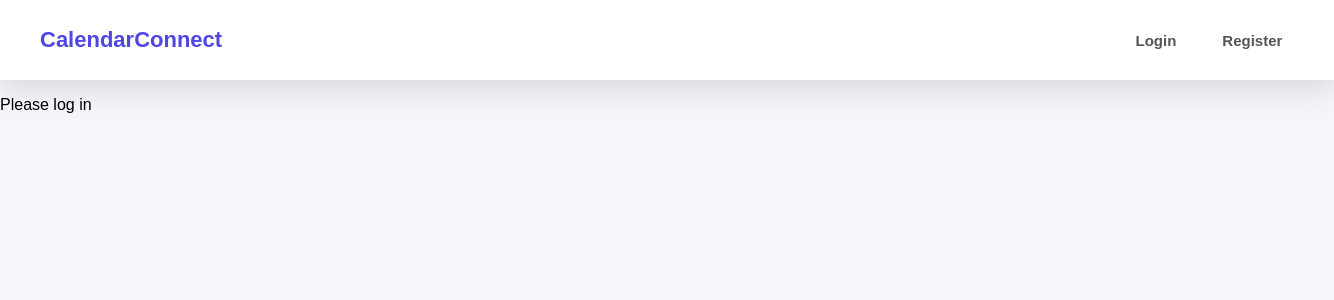
Repository: BMXracer44/CalendarConnect
Page: /calendar (app in frontend/)
These files come from the project's save history. The page is drawn as it stood at one moment and after the next save; the edit follows.
The browser window is 1280 px wide. The page is 1334 px wide, so the pictures cover 1334 px, including what lies to the right of the window. The pictures show the whole page.
The project was rebuilt for these pictures with package versions that can differ from the ones it lists, and the page was loaded fresh each time. Also part of the build but not shown: frontend/src/pages/Login.jsx, frontend/src/pages/Register.jsx, frontend/src/pages/Profile.jsx, frontend/src/pages/Friends.jsx.

Above is the page before, as saved 2026-05-01 14:30:46.

### frontend/src/index.js
import React from "react";
import ReactDOM from "react-dom/client";
import App from "./App";
import { AuthProvider } from "./context/AuthContext";
import { router } from "./router";
import { RouterProvider } from "react-router-dom";
import "./index.css";

ReactDOM.createRoot(document.getElementById("root")).render(
  <AuthProvider>
    <RouterProvider router={router} />
  </AuthProvider>
);

### frontend/src/router.jsx
import { createBrowserRouter } from "react-router-dom";
import App from "./App";
import Login from "./pages/Login";
import Register from "./pages/Register";
import Home from "./pages/Home";
import Profile from "./pages/Profile";
import Calendar from "./pages/Calendar";
import Friends from "./pages/Friends";

export const router = createBrowserRouter([
  {
    path: "/",
    element: <App />,
    children: [
      { index: true, element: <Login /> },
      { path: "register", element: <Register /> },
      { path: "calendar", element: <Calendar /> },
      { path: "profile", element: <Profile /> },
      { path: "friends", element: <Friends /> }
    ]
  }
]);

### frontend/src/components/Navbar.jsx
import { useContext, useEffect, useState } from "react";
import { AuthContext } from "../context/AuthContext";
import { Link, useNavigate } from "react-router-dom";

const Navbar = () => {
  const { user, logout } = useContext(AuthContext);
  const navigate = useNavigate();

  const [requests, setRequests] = useState([]);
  const [showRequests, setShowRequests] = useState(false);

  const handleLogout = () => {
    logout();
    navigate("/");
  };

  // ================= LOAD REQUESTS =================
  const loadRequests = async () => {
    try {
      const res = await fetch(
        `http://localhost:8080/api/friends/requests/${user.id}`
      );

      if (!res.ok) {
        console.error("Failed to load requests");
        return;
      }

      const data = await res.json();
      setRequests(Array.isArray(data) ? data : []);

    } catch (err) {
      console.error("Request fetch error:", err);
    }
  };

  // ================= AUTO REFRESH =================
  useEffect(() => {
    if (!user?.id) return;

    loadRequests();

    const interval = setInterval(loadRequests, 5000); // every 5 sec

    return () => clearInterval(interval);
  }, [user]);

  // ================= ACCEPT =================
  const acceptFriend = async (fromId) => {
    try {
      await fetch(
        `http://localhost:8080/api/friends/accept?from=${fromId}&to=${user.id}`,
        { method: "POST" }
      );

      loadRequests();

    } catch (err) {
      console.error("Accept failed:", err);
    }
  };

  return (
    <nav className="navbar">
      <div className="navbar-left">
        CalendarConnect
      </div>

      <div className="navbar-right">
        {!user ? (
          <>
            <Link to="/" className="nav-link">Login</Link>
            <Link to="/register" className="nav-link">Register</Link>
          </>
        ) : (
          <>
            {/* 🔔 NOTIFICATION BELL */}
            <div className="nav-bell">
              <button
                className="bell-button"
                onClick={() => setShowRequests(!showRequests)}
              >
                🔔 {requests.length > 0 && `(${requests.length})`}
              </button>

              {showRequests && (
                <div className="requests-dropdown">
                  <h4>Friend Requests</h4>

                  {requests.length === 0 && <p>No requests</p>}

                  {requests.map((r) => (
                    <div key={r.id} className="request-item">
                      <span>User ID: {r.requesterId}</span>

                      <button
                        onClick={() => acceptFriend(r.requesterId)}
                      >
                        Accept
                      </button>
                    </div>
                  ))}
                </div>
              )}
            </div>

            {/* USER PROFILE */}
            <Link to="/profile" className="nav-user">
              {user.username}
            </Link>

            {/* CALENDAR */}
            <Link to="/calendar" className="nav-link">
              Calendar
            </Link>

            {/* FRIENDS */}
            <Link to="/friends" className="nav-link">
              Friends
            </Link>

            {/* LOGOUT */}
            <button className="nav-button" onClick={handleLogout}>
              Logout
            </button>
          </>
        )}
      </div>
    </nav>
  );
};

export default Navbar;

### frontend/src/pages/Calendar.jsx
import { useState, useEffect, useContext } from "react";
import FullCalendar from "@fullcalendar/react";
import dayGridPlugin from "@fullcalendar/daygrid";
import timeGridPlugin from "@fullcalendar/timegrid";
import interactionPlugin from "@fullcalendar/interaction";
import bootstrap5Plugin from "@fullcalendar/bootstrap5";
import { AuthContext } from "../context/AuthContext";

function Calendar() {
  const { user } = useContext(AuthContext);

  const [events, setEvents] = useState([]);

  const [showModal, setShowModal] = useState(false);
  const [showViewModal, setShowViewModal] = useState(false);
  const [isEditing, setIsEditing] = useState(false);

  const [selectedEvent, setSelectedEvent] = useState(null);

  const [errorMessage, setErrorMessage] = useState("");

  const [editTitle, setEditTitle] = useState("");
  const [editDescription, setEditDescription] = useState("");
  const [editLocation, setEditLocation] = useState("");
  const [editStartDatetime, setEditStartDatetime] = useState("");
  const [editEndDatetime, setEditEndDatetime] = useState("");

  const [formData, setFormData] = useState({
    title: "",
    description: "",
    location: "",
    startDatetime: "",
    endDatetime: "",
    isPublic: true
  });

  // ================= AM/PM FORMAT =================
  const formatDateTime = (dateString) => {
    if (!dateString) return "";

    return new Date(dateString).toLocaleString("en-US", {
      year: "numeric",
      month: "short",
      day: "2-digit",
      hour: "2-digit",
      minute: "2-digit",
      hour12: true
    });
  };

  // ================= LOAD EVENTS =================
  const loadEvents = async () => {
    if (!user?.id) return;

    const res = await fetch(
      `http://localhost:8080/api/events/user/${user.id}`,
      {
        headers: { Authorization: `Bearer ${user.token}` }
      }
    );

    const data = await res.json();

    setEvents(
      data.map(e => ({
        id: e.id,
        title: e.isPublic ? e.title : `🔒 ${e.title}`,
        start: new Date(e.startDatetime),
        end: new Date(e.endDatetime),
        color: e.isPublic ? "#4f46e5" : "#6b7280",
        extendedProps: {
          description: e.description,
          location: e.location,
          isPublic: e.isPublic,
          userId: e.userId
        }
      }))
    );
  };

  useEffect(() => {
    if (user?.id) loadEvents();
  }, [user]);

  // ================= CREATE EVENT =================
  const createEvent = async (e) => {
    e.preventDefault();

    try {
      const res = await fetch(
        `http://localhost:8080/api/events?userId=${user.id}`,
        {
          method: "POST",
          headers: {
            "Content-Type": "application/json",
            Authorization: `Bearer ${user.token}`
          },
          body: JSON.stringify(formData)
        }
      );

      if (!res.ok) {
        const errorData = await res.json();
        setErrorMessage(errorData.error || "Event conflict detected");
        return;
      }

      setErrorMessage("");

      setFormData({
        title: "",
        description: "",
        location: "",
        startDatetime: "",
        endDatetime: "",
        isPublic: true
      });

      setShowModal(false);
      loadEvents();

    } catch (err) {
      setErrorMessage("Server error. Please try again.");
    }
  };

  // ================= EVENT CLICK =================
  const handleEventClick = (info) => {
    const e = info.event;

    const eventData = {
      id: e.id,
      title: e.title.replace("🔒 ", ""),
      description: e.extendedProps?.description,
      location: e.extendedProps?.location,
      startDatetime: e.startStr,
      endDatetime: e.endStr,
      isPublic: e.extendedProps?.isPublic,
      userId: e.extendedProps?.userId
    };

    setSelectedEvent(eventData);

    setEditTitle(eventData.title || "");
    setEditDescription(eventData.description || "");
    setEditLocation(eventData.location || "");
    setEditStartDatetime(eventData.startDatetime || "");
    setEditEndDatetime(eventData.endDatetime || "");

    setIsEditing(false);
    setShowViewModal(true);
  };

  // ================= UPDATE EVENT =================
  const updateEvent = async (e) => {
    e.preventDefault();

    try {
      const updated = {
        title: editTitle,
        description: editDescription,
        location: editLocation,
        startDatetime: editStartDatetime,
        endDatetime: editEndDatetime
      };

      const res = await fetch(
        `http://localhost:8080/api/events/${selectedEvent.id}`,
        {
          method: "PUT",
          headers: {
            "Content-Type": "application/json",
            Authorization: `Bearer ${user.token}`
          },
          body: JSON.stringify(updated)
        }
      );

      if (!res.ok) {
        const errorData = await res.json();
        setErrorMessage(errorData.error || "Update conflict detected");
        return;
      }

      setErrorMessage("");
      setIsEditing(false);
      setShowViewModal(false);
      loadEvents();

    } catch (err) {
      setErrorMessage("Server error. Please try again.");
    }
  };

  // ================= DELETE EVENT =================
  const deleteEvent = async () => {
    if (!selectedEvent?.id) return;

    try {
      const res = await fetch(
        `http://localhost:8080/api/events/${selectedEvent.id}`,
        {
          method: "DELETE",
          headers: {
            Authorization: `Bearer ${user.token}`
          }
        }
      );

      if (!res.ok) {
        const data = await res.json();
        setErrorMessage(data.error || "Delete failed");
        return;
      }

      setShowViewModal(false);
      setSelectedEvent(null);
      loadEvents();

    } catch (err) {
      setErrorMessage("Server error during delete");
    }
  };

  const closeModal = () => {
    setShowViewModal(false);
    setIsEditing(false);
    setSelectedEvent(null);
  };

  if (!user) return <p>Please log in</p>;

  return (
    <div style={{ padding: "20px" }}>

      {/* ERROR */}
      {errorMessage && (
        <div className="error-popup">
          <div className="error-box">
            <p>{errorMessage}</p>
            <button onClick={() => setErrorMessage("")}>Close</button>
          </div>
        </div>
      )}

      {/* HEADER */}
      <div style={{ display: "flex", justifyContent: "space-between" }}>
        <h1>My Calendar</h1>
        <button className="addevent" onClick={() => setShowModal(true)}>
          Add Event
        </button>
      </div>

      {/* CALENDAR */}
      <FullCalendar
        plugins={[
          dayGridPlugin,
          timeGridPlugin,
          interactionPlugin,
          bootstrap5Plugin
        ]}
        initialView="dayGridMonth"
        events={events}
        eventClick={handleEventClick}
      />

      {/* ADD EVENT MODAL */}
      {showModal && (
        <div className="modal-overlay">
          <div className="modal-box">

            <h2>Create Event</h2>

            <form onSubmit={createEvent}>
              <input placeholder="Title"
                value={formData.title}
                onChange={(e) => setFormData({ ...formData, title: e.target.value })}
              />

              <input placeholder="Description"
                value={formData.description}
                onChange={(e) => setFormData({ ...formData, description: e.target.value })}
              />

              <input placeholder="Location"
                value={formData.location}
                onChange={(e) => setFormData({ ...formData, location: e.target.value })}
              />

              <input type="datetime-local"
                value={formData.startDatetime}
                onChange={(e) => setFormData({ ...formData, startDatetime: e.target.value })}
              />

              <input type="datetime-local"
                value={formData.endDatetime}
                onChange={(e) => setFormData({ ...formData, endDatetime: e.target.value })}
              />

              <button type="submit">Create</button>
              <button type="button" onClick={() => setShowModal(false)}>Cancel</button>
            </form>

          </div>
        </div>
      )}

      {/* EVENT DETAILS MODAL */}
      {showViewModal && selectedEvent && (
        <div className="modal-overlay">
          <div className="modal-box">

            <div className="modal-header">
              <h2>{isEditing ? "Edit Event" : "Event Details"}</h2>

              <div className="modal-actions">
                <span onClick={() => setIsEditing(true)} style={{ cursor: "pointer" }}>✏️</span>

                <span onClick={deleteEvent} style={{ cursor: "pointer", color: "red" }}>
                  🗑️
                </span>

                <span onClick={closeModal} style={{ cursor: "pointer" }}>✖️</span>
              </div>
            </div>

            {!isEditing ? (
              <>
                <p><b>{selectedEvent.title}</b></p>
                <p>{selectedEvent.description}</p>
                <p>{selectedEvent.location}</p>

                <p><b>Start:</b> {formatDateTime(selectedEvent.startDatetime)}</p>
                <p><b>End:</b> {formatDateTime(selectedEvent.endDatetime)}</p>
              </>
            ) : (
              <form onSubmit={updateEvent}>
                <input value={editTitle} onChange={(e) => setEditTitle(e.target.value)} />
                <input value={editDescription} onChange={(e) => setEditDescription(e.target.value)} />
                <input value={editLocation} onChange={(e) => setEditLocation(e.target.value)} />

                <input type="datetime-local" value={editStartDatetime}
                  onChange={(e) => setEditStartDatetime(e.target.value)} />

                <input type="datetime-local" value={editEndDatetime}
                  onChange={(e) => setEditEndDatetime(e.target.value)} />

                <button type="submit">Save</button>
                <button type="button" onClick={() => setIsEditing(false)}>Cancel</button>
              </form>
            )}

          </div>
        </div>
      )}

    </div>
  );
}

export default Calendar;

Loaded but not shown: frontend/src/context/AuthContext.js (29 lines, source omitted); frontend/src/App.js (14 lines, source omitted); frontend/src/index.css (679 lines, source omitted); frontend/src/pages/Home.jsx (no stored copy; drawn as an empty file)

After the next save:
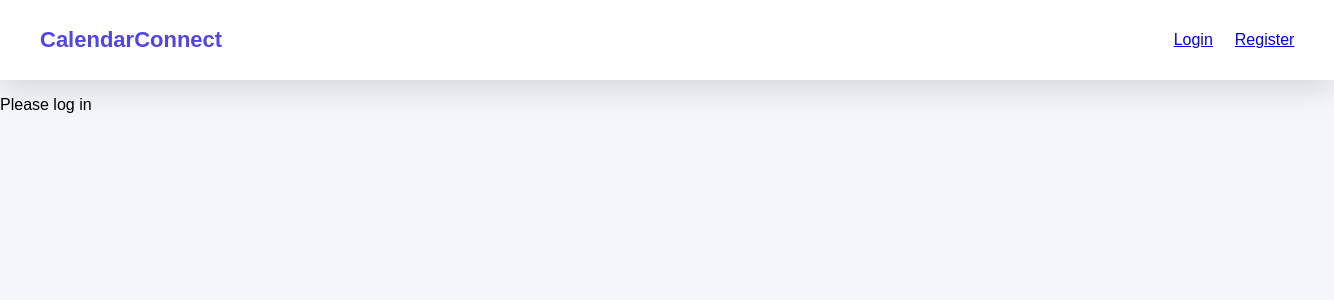
Saved 5 min 17 s later.
--- a/frontend/src/components/Navbar.jsx
+++ b/frontend/src/components/Navbar.jsx
@@ -14,88 +14,65 @@ const Navbar = () => {
     navigate("/");
   };
 
-  // ================= LOAD REQUESTS =================
   const loadRequests = async () => {
     try {
       const res = await fetch(
         `http://localhost:8080/api/friends/requests/${user.id}`
       );
 
-      if (!res.ok) {
-        console.error("Failed to load requests");
-        return;
-      }
-
       const data = await res.json();
       setRequests(Array.isArray(data) ? data : []);
-
     } catch (err) {
-      console.error("Request fetch error:", err);
+      console.error(err);
     }
   };
 
-  // ================= AUTO REFRESH =================
   useEffect(() => {
     if (!user?.id) return;
 
     loadRequests();
 
-    const interval = setInterval(loadRequests, 5000); // every 5 sec
+    const interval = setInterval(loadRequests, 5000);
 
     return () => clearInterval(interval);
   }, [user]);
 
-  // ================= ACCEPT =================
   const acceptFriend = async (fromId) => {
-    try {
-      await fetch(
-        `http://localhost:8080/api/friends/accept?from=${fromId}&to=${user.id}`,
-        { method: "POST" }
-      );
+    await fetch(
+      `http://localhost:8080/api/friends/accept?from=${fromId}&to=${user.id}`,
+      { method: "POST" }
+    );
 
-      loadRequests();
-
-    } catch (err) {
-      console.error("Accept failed:", err);
-    }
+    loadRequests();
   };
 
   return (
     <nav className="navbar">
-      <div className="navbar-left">
-        CalendarConnect
-      </div>
+      <div className="navbar-left">CalendarConnect</div>
 
       <div className="navbar-right">
         {!user ? (
           <>
-            <Link to="/" className="nav-link">Login</Link>
-            <Link to="/register" className="nav-link">Register</Link>
+            <Link to="/">Login</Link>
+            <Link to="/register">Register</Link>
           </>
         ) : (
           <>
-            {/* 🔔 NOTIFICATION BELL */}
+            {/* 🔔 */}
             <div className="nav-bell">
-              <button
-                className="bell-button"
-                onClick={() => setShowRequests(!showRequests)}
-              >
+              <button onClick={() => setShowRequests(!showRequests)}>
                 🔔 {requests.length > 0 && `(${requests.length})`}
               </button>
 
               {showRequests && (
-                <div className="requests-dropdown">
-                  <h4>Friend Requests</h4>
-
-                  {requests.length === 0 && <p>No requests</p>}
+                <div className="dropdown">
+                  <h4>Requests</h4>
 
                   {requests.map((r) => (
-                    <div key={r.id} className="request-item">
-                      <span>User ID: {r.requesterId}</span>
+                    <div key={r.id}>
+                      <span>{r.username}</span>
 
-                      <button
-                        onClick={() => acceptFriend(r.requesterId)}
-                      >
+                      <button onClick={() => acceptFriend(r.requesterId)}>
                         Accept
                       </button>
                     </div>
@@ -104,25 +81,11 @@ const Navbar = () => {
               )}
             </div>
 
-            {/* USER PROFILE */}
-            <Link to="/profile" className="nav-user">
-              {user.username}
-            </Link>
+            <Link to="/profile">{user.username}</Link>
+            <Link to="/calendar">Calendar</Link>
+            <Link to="/friends">Friends</Link>
 
-            {/* CALENDAR */}
-            <Link to="/calendar" className="nav-link">
-              Calendar
-            </Link>
-
-            {/* FRIENDS */}
-            <Link to="/friends" className="nav-link">
-              Friends
-            </Link>
-
-            {/* LOGOUT */}
-            <button className="nav-button" onClick={handleLogout}>
-              Logout
-            </button>
+            <button onClick={handleLogout}>Logout</button>
           </>
         )}
       </div>
